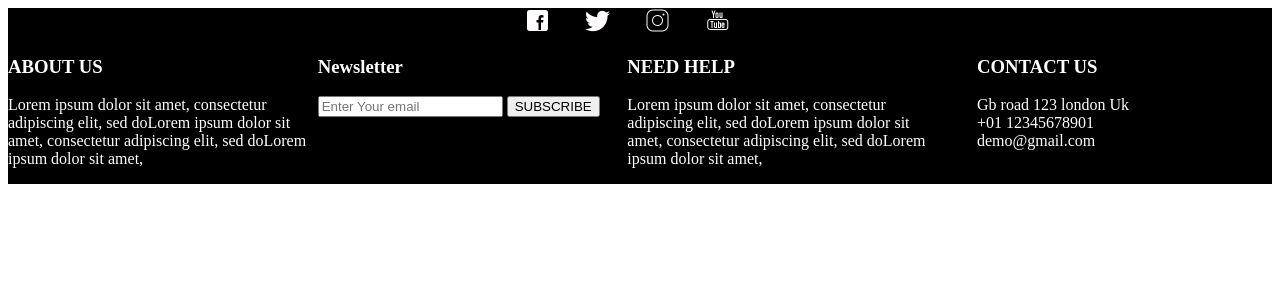
Repository: AVINKUMARP/gifts
Page: demo3.html
The author's editor kept a copy of each file at every save. The page is drawn from the files as they stood at one save, then again after the next save.
The browser window is 1280 px wide. The pictures show the whole page.

Above is the page before, as saved 2023-08-24 15:32:48.

After the next save:
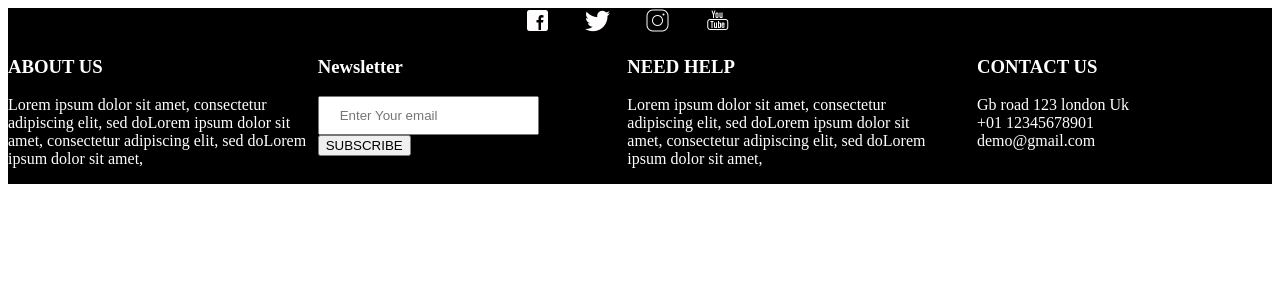
Saved 112 s later.
--- a/demo3.html
+++ b/demo3.html
@@ -30,6 +30,9 @@
         }
         .lfour{
             width: 24.5%;
+        }
+        .ltwo input{
+            padding: 10px 20px;
         }
     </style>
 </head>
